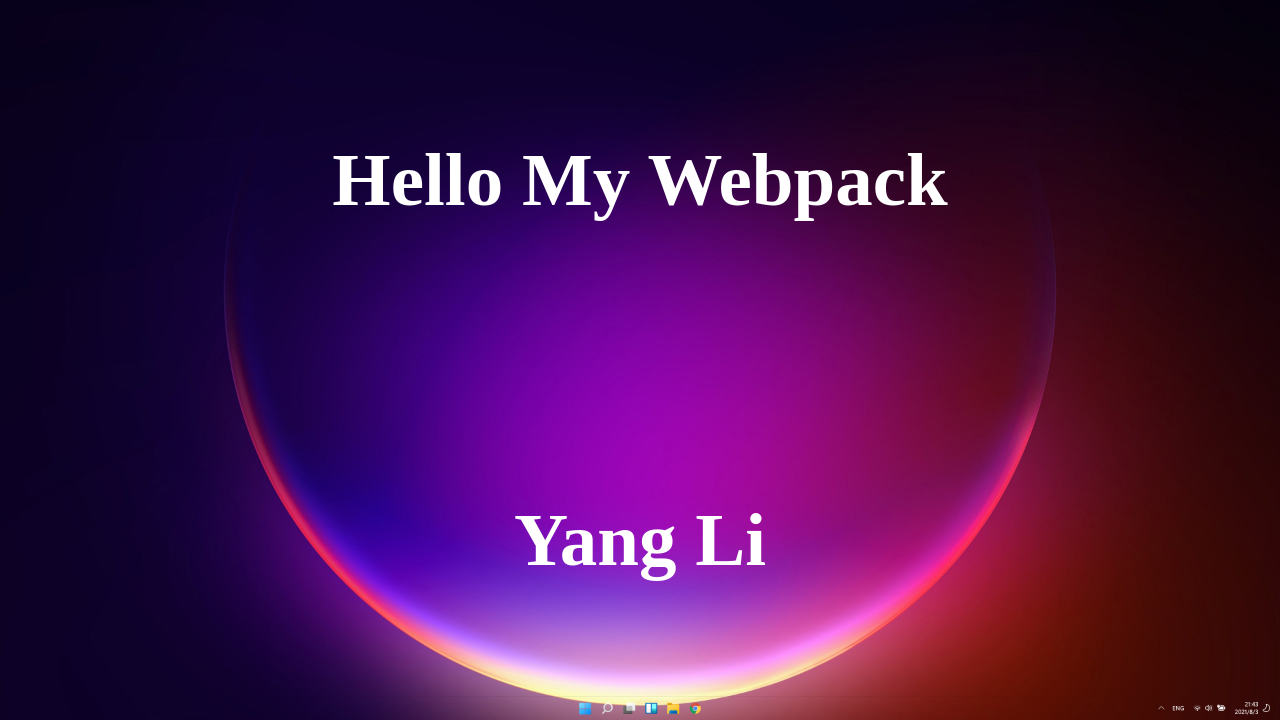
Repository: ErosHai/Home
Page: / (app in vscode/webpack/)
These files come from the project's save history. The page is drawn as it stood at one moment and after the next save; the edit follows.
The browser window is 1280 px wide. The pictures show the whole page.
The project was rebuilt for these pictures with package versions that can differ from the ones it lists, and the page was loaded fresh each time. Also part of the build but not shown: vscode/webpack/webpack.config.js.

Above is the page before, as saved 2021-08-31 17:08:52.

After the next save:
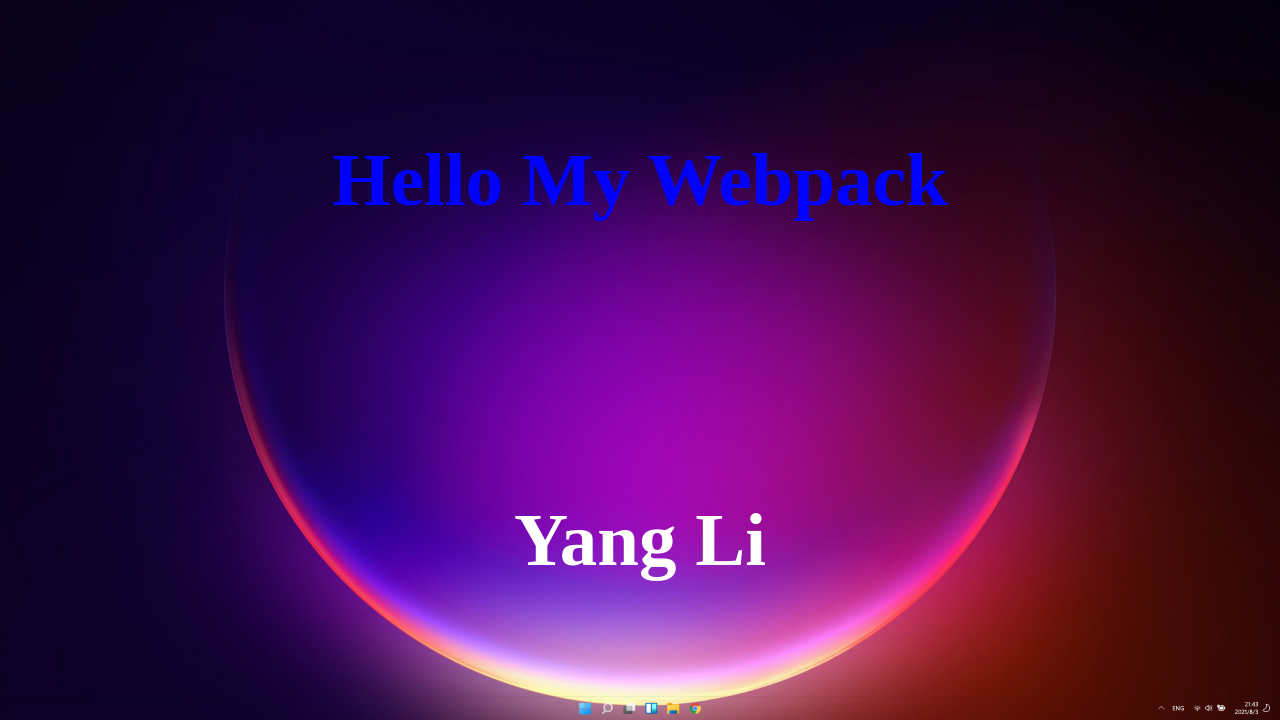
Saved 40 s later.
--- a/vscode/webpack/main.js
+++ b/vscode/webpack/main.js
@@ -10,7 +10,8 @@ require('./src/css/less.less')
 
 require('./src/img/windows11.png')
 
-import App from './src/vue/app.js';
+// import App from './src/vue/app.js';
+import App from './src/vue/app.vue'
 
 const vm = new Vue({
   el:'#app',
